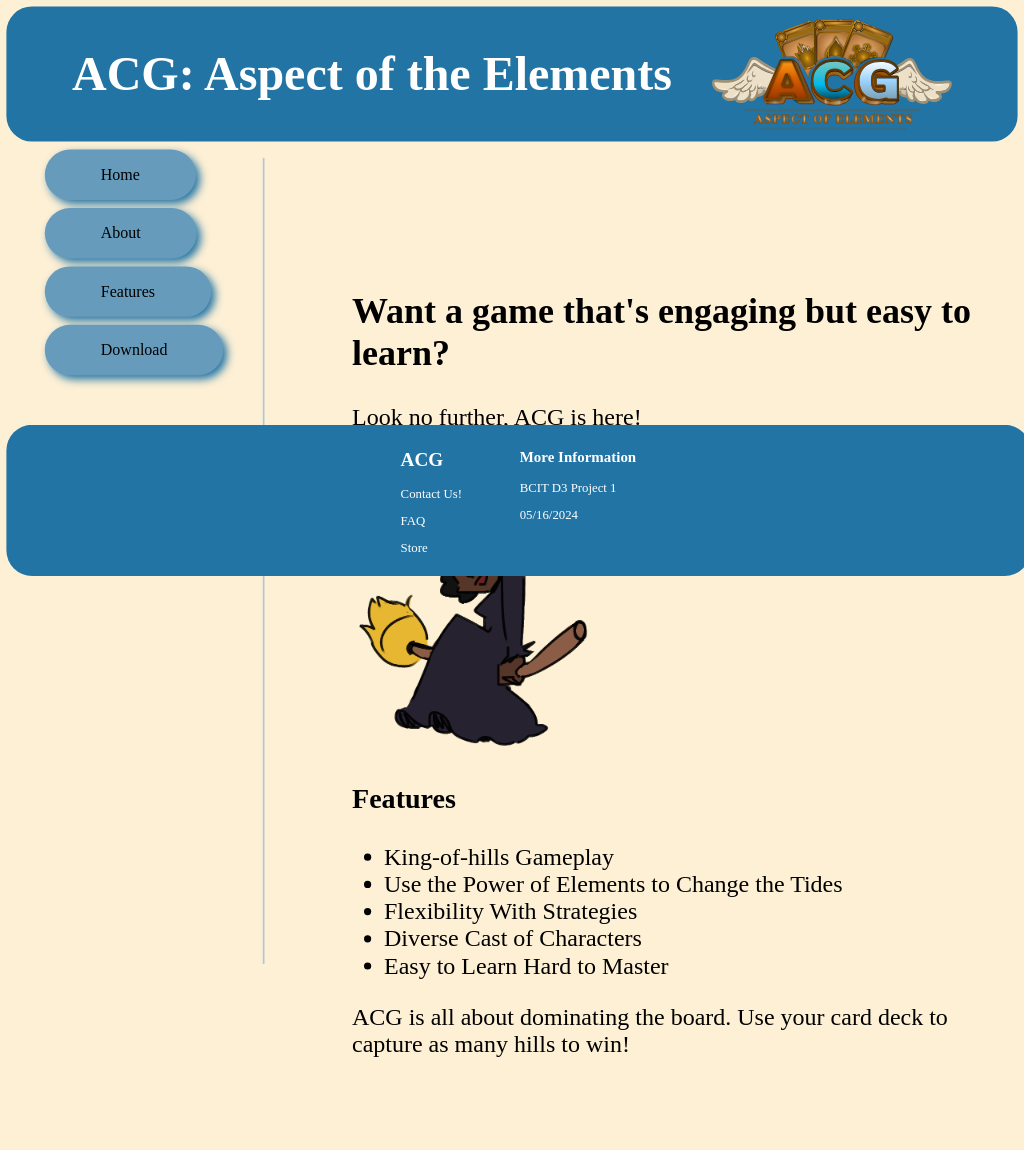
Repository: Delukalgh/ACG
Page: features.html
These files come from the project's save history. The page is drawn as it stood at one moment and after the next save; the edit follows.
The browser window is 1280 px wide. The pictures show the whole page, at 80% of full size.

Above is the page before, as saved 2024-05-16 09:37:44.

After the next save:
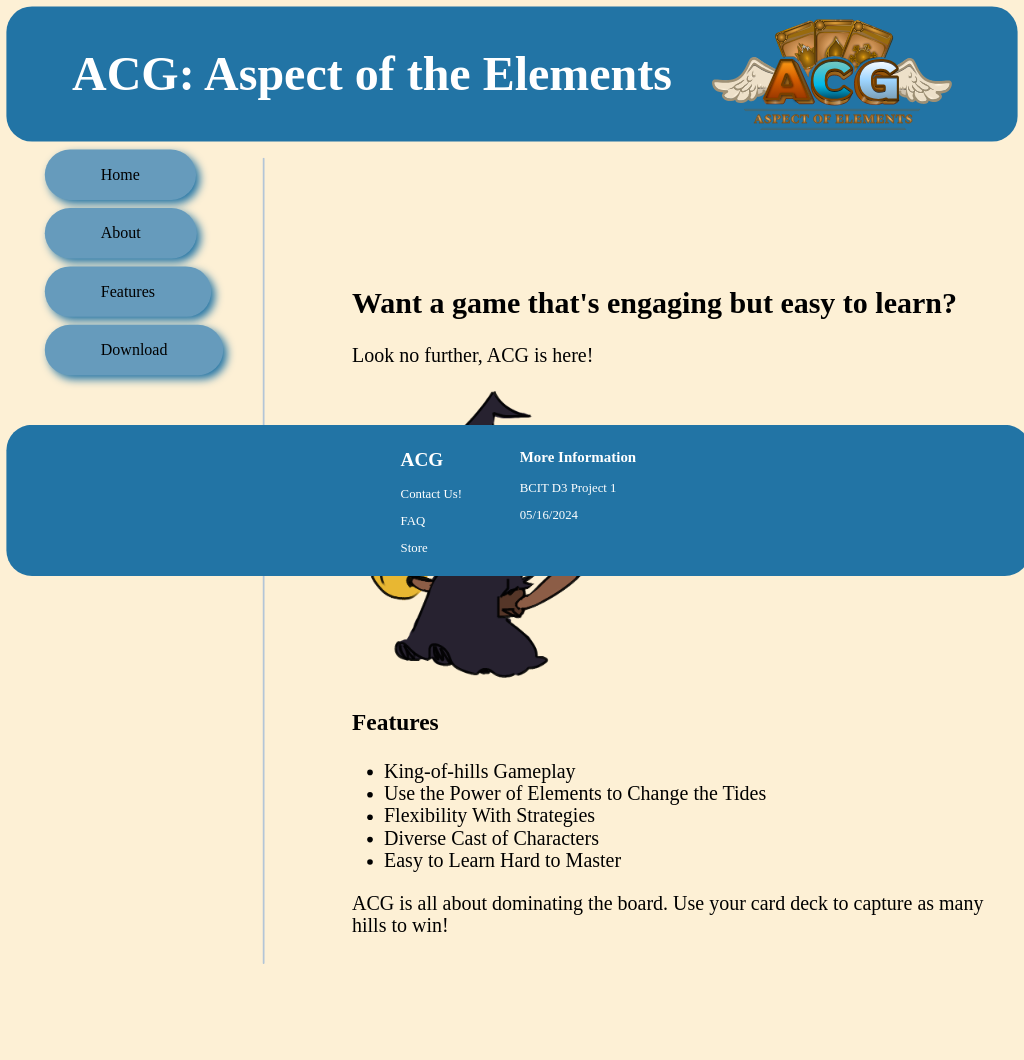
Saved 9 s later.
--- a/features-style.css
+++ b/features-style.css
@@ -86,7 +86,7 @@ body {
     margin-left: 60vh;
     position:relative;
     margin-top: -20vh;
-    font-size: 30px;
+    font-size: 25px;
   }
 
   .content {
